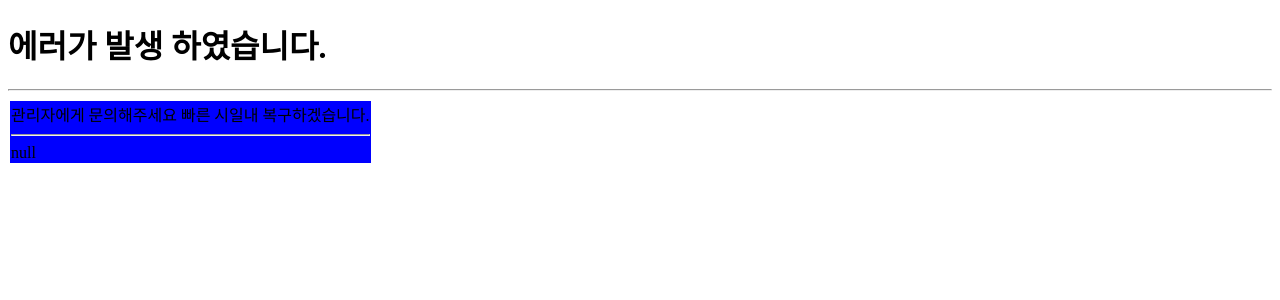
Repository: donggeonoh/My_Source
Page: http://localhost/WebProgramming/ch05/error.jsp
These files come from the project's save history. The page is drawn as it stood at one moment and after the next save; the edit follows.
The browser window is 1280 px wide. The pictures show the whole page.
The page is served by Tomcat 9.

Above is the page before, as saved 2016-10-06 09:44:11.

After the next save:
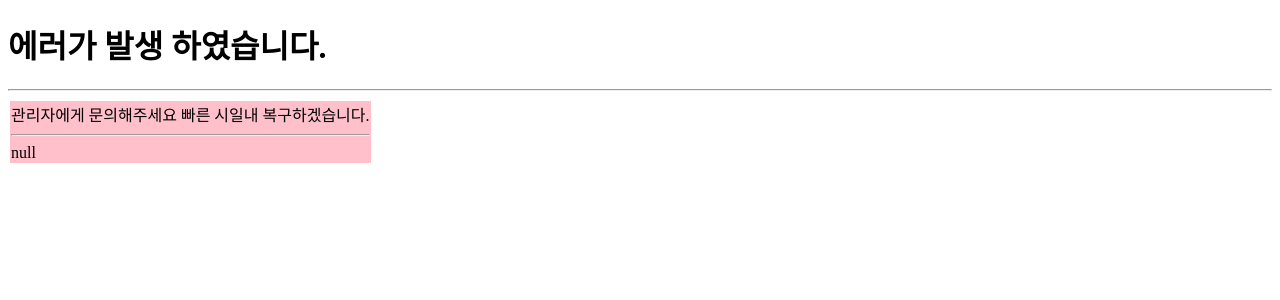
Saved 78 s later.
--- a/Web Source/WebProgramming/WebContent/ch05/error.jsp
+++ b/Web Source/WebProgramming/WebContent/ch05/error.jsp
@@ -10,7 +10,7 @@
 	<h1>에러가 발생 하였습니다.</h1>
 	<hr>
 		<table>
-			<tr bgcolor = "blue">
+			<tr bgcolor = "pink">
 				<td>
 				관리자에게 문의해주세요
 				빠른 시일내 복구하겠습니다.
